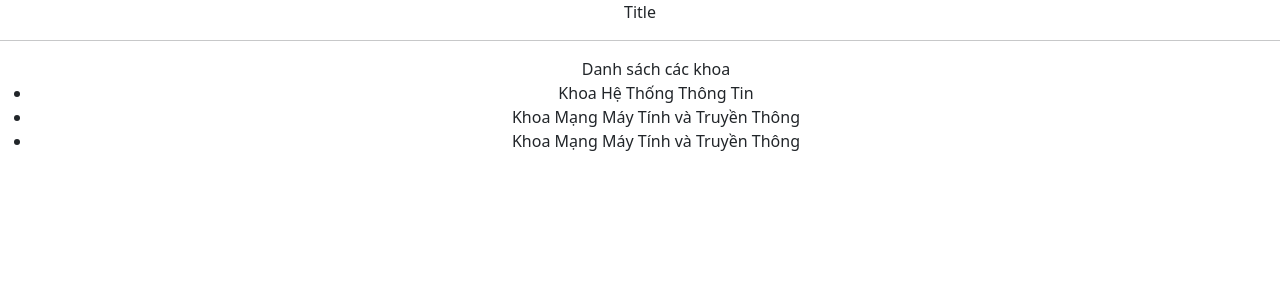
Repository: hoapham2k2/bai_tap_thuc_hanh_is207.n12
Page: index.html
An editor plug-in stored every save of this project. The page is shown before and after the next save, followed by the edit.
The browser window is 1280 px wide. The pictures show the whole page.

Above is the page before, as saved 2022-09-19 08:46:11.

### index.html
<!DOCTYPE html>
<html lang="en">

<head>
    <meta charset="UTF-8">
    <meta http-equiv="X-UA-Compatible" content="IE=edge">
    <meta name="viewport" content="width=device-width, initial-scale=1.0">
    <!-- Latest compiled and minified CSS -->
    <link href="https://cdn.jsdelivr.net/npm/bootstrap@5.2.1/dist/css/bootstrap.min.css" rel="stylesheet">

    <!-- Latest compiled JavaScript -->
    <script src="https://cdn.jsdelivr.net/npm/bootstrap@5.2.1/dist/js/bootstrap.bundle.min.js"></script>

    <title>Document</title>

    <style>
        *,
        *::before,
        *::after {
            box-sizing: border-box;
        }

        * {
            margin: 0;
            padding: 0;
            font: inherit;
        }

        body {
            line-height: 1.5;
        }

        img,
        picture,
        video,
        canvas,
        svg {
            display: block;
            max-width: 100%;
        }

        input,
        button,
        textarea,
        select {
            outline: none;
        }

        p,
        h1,
        h2,
        h3,
        h4,
        h5,
        h6 {
            overflow-wrap: break-word;
        }
    </style>
</head>

<body>

    <div class="wrapper text-center">
        <div class="wrapper_header">
            <div class="wrapper_header_logo"></div>
            <div class="wrapper_header_title">Title</div>
        </div>
        <hr>
        <div class="wrapper_body">
            <ul class="wrapper_list_1st">Danh sách các khoa
                <li class="wrapper_item">Khoa Hệ Thống Thông Tin</li>
                <li class="wrapper_item">Khoa Mạng Máy Tính và Truyền Thông</li>
                <li class="wrapper_item">Khoa Mạng Máy Tính và Truyền Thông</li>

            </ul>
        </div>
</body>

</html>

After the next save:
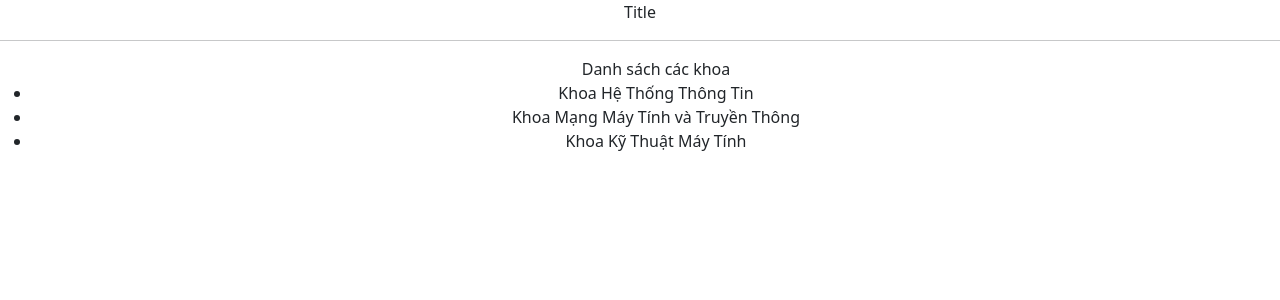
Saved 15 s later.
--- a/index.html
+++ b/index.html
@@ -70,7 +70,7 @@
             <ul class="wrapper_list_1st">Danh sách các khoa
                 <li class="wrapper_item">Khoa Hệ Thống Thông Tin</li>
                 <li class="wrapper_item">Khoa Mạng Máy Tính và Truyền Thông</li>
-                <li class="wrapper_item">Khoa Mạng Máy Tính và Truyền Thông</li>
+                <li class="wrapper_item">Khoa Kỹ Thuật Máy Tính</li>
 
             </ul>
         </div>
